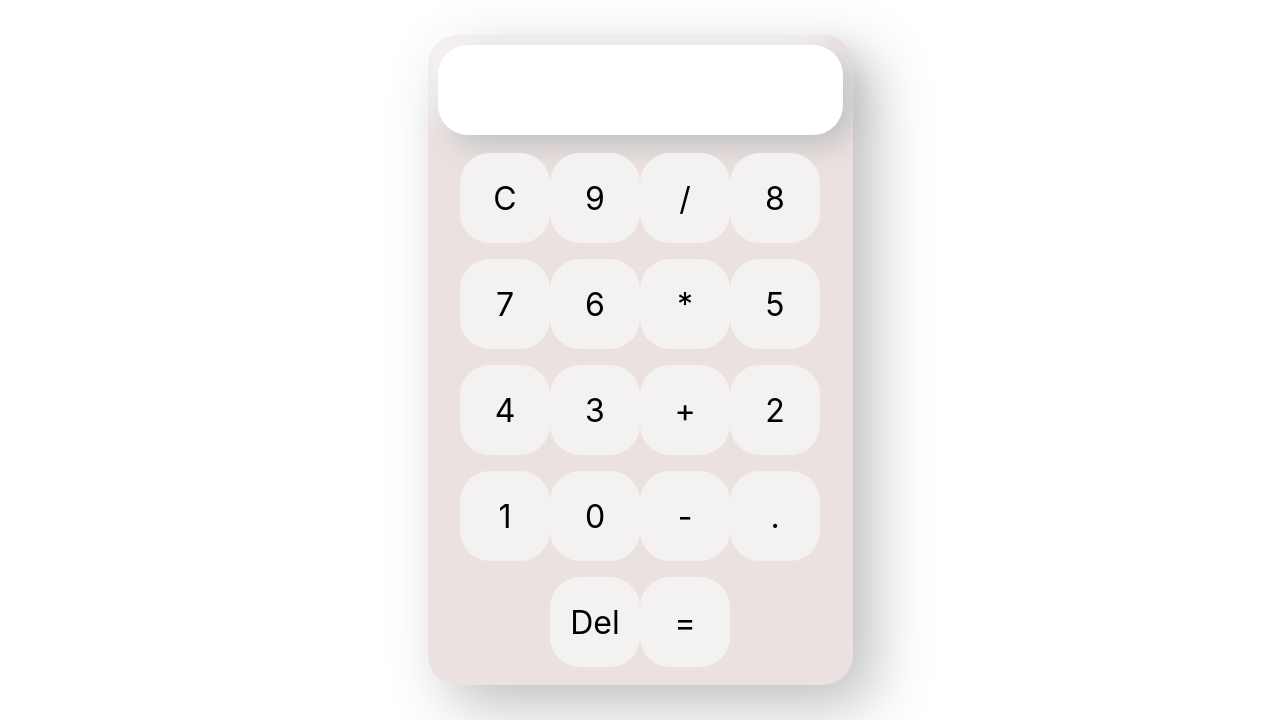
Repository: janidulnkg1/react-prac
Page: / (app in calculator/)
The author's editor kept a copy of each file at every save. The page is drawn from the files as they stood at one save, then again after the next save.
The browser window is 1280 px wide. The pictures show the whole page.
The project was rebuilt for these pictures with package versions that can differ from the ones it lists, and the page was loaded fresh each time. Also part of the build but not shown: calculator/src/App.css.

Above is the page before, as saved 2023-09-15 11:07:21.

After the next save:
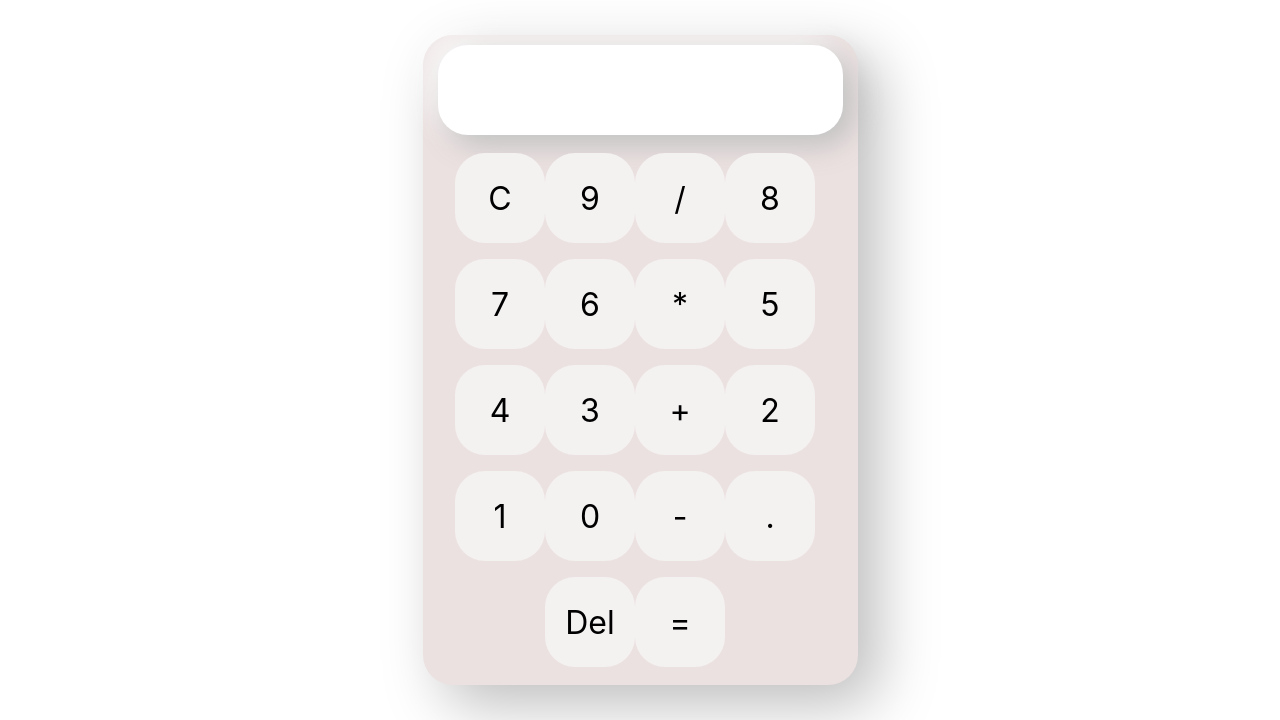
Saved 5 s later.
--- a/calculator/src/components/Home.module.css
+++ b/calculator/src/components/Home.module.css
@@ -14,7 +14,7 @@
 
 .inner{
     height: 650px;
-    width: 425px;
+    width: 435px;
     border-radius: 30px;
     background-color: #ece1e1;
     box-shadow: 20px 20px 60px #bebebe,
